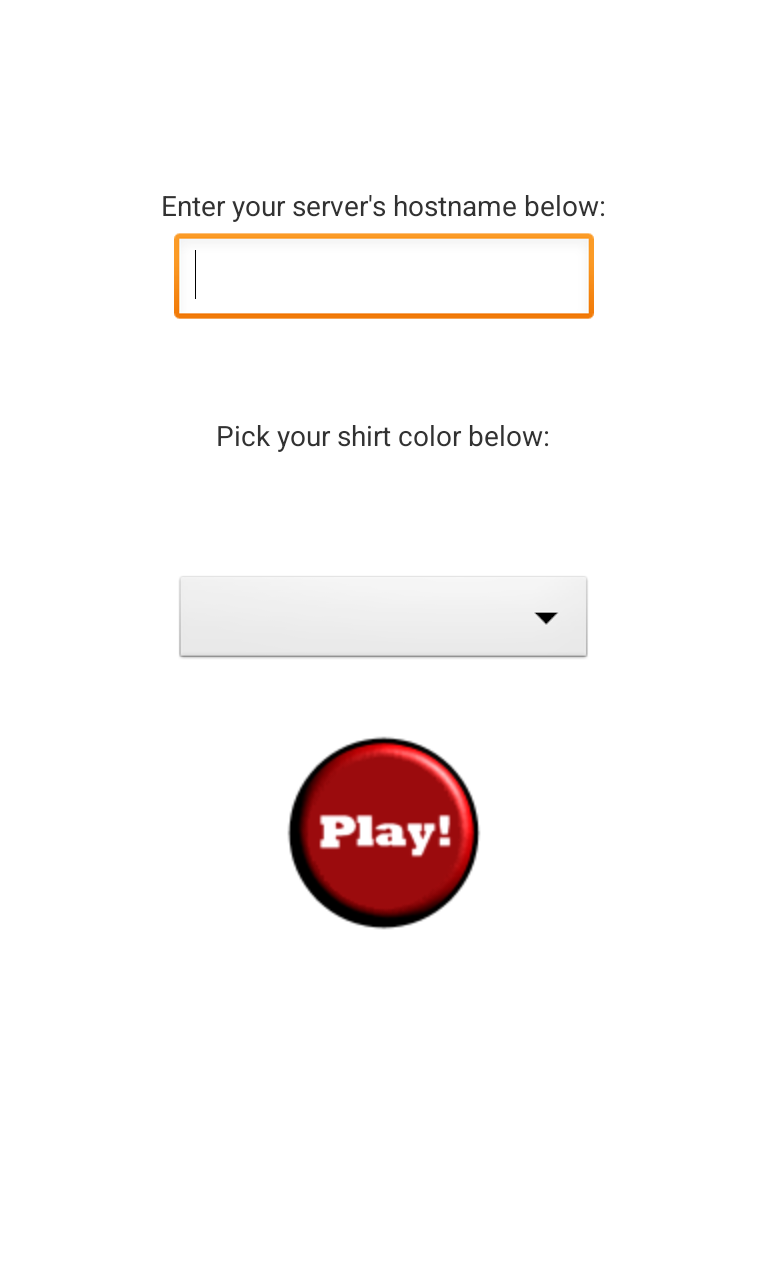
Repository: jesseanderson/GoatsWithoutHats
Layout: android/GoatsWithoutHats/res/layout/activity_new_game.xml
An editor plug-in stored every save of this project. The layout is shown before and after the next save, followed by the edit.
It is drawn on a 768 x 1280 px phone screen (xhdpi) without system bars, with theme android:Theme.Light.NoTitleBar.Fullscreen; the app's code is not run.

Above is the layout before, as saved 2014-09-13 07:10:25.

After the next save:
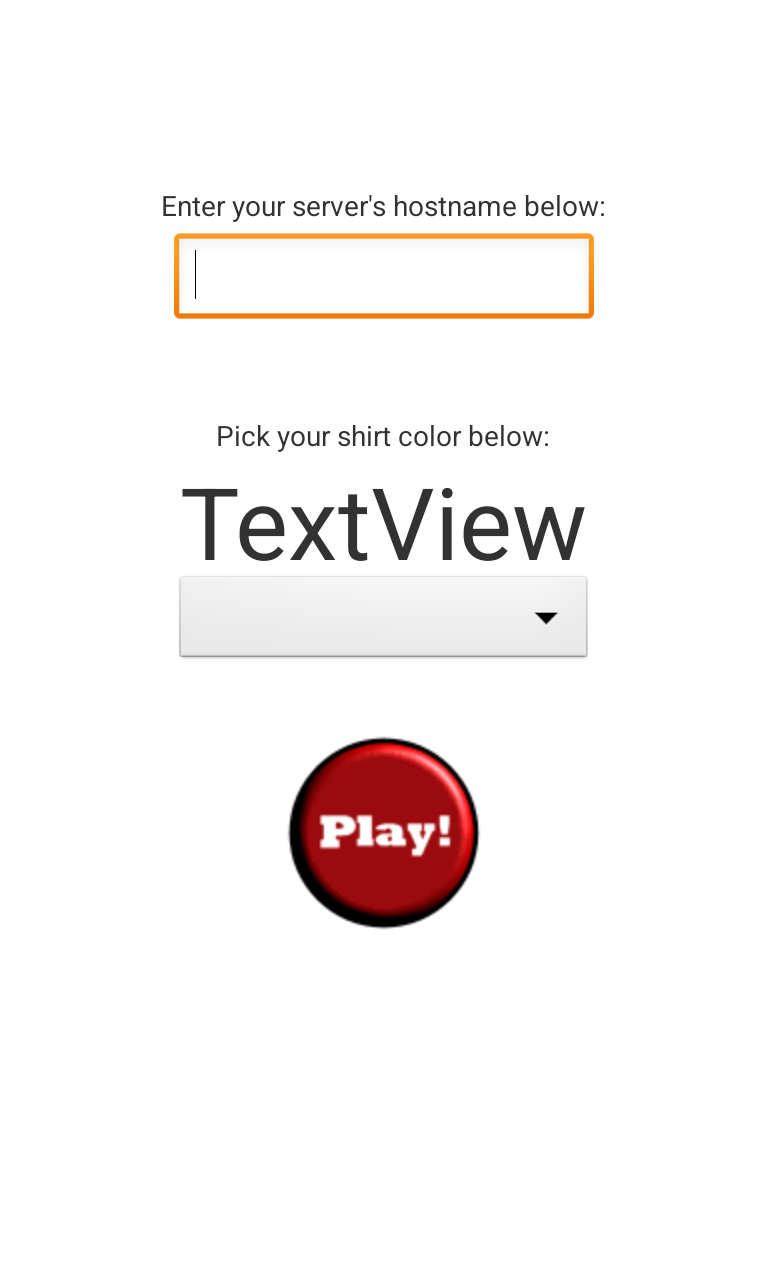
Saved 23 min 40 s later.
--- a/android/GoatsWithoutHats/res/layout/activity_new_game.xml
+++ b/android/GoatsWithoutHats/res/layout/activity_new_game.xml
@@ -70,4 +70,13 @@
         android:layout_marginTop="26dp"
         android:textColor="#FFFF0000" />
 
+    <TextView
+        android:id="@+id/textView1"
+        android:layout_width="wrap_content"
+        android:layout_height="wrap_content"
+        android:layout_below="@+id/colortextview"
+        android:layout_centerHorizontal="true"
+        android:text="TextView"
+        android:textSize="50sp" />
+
 </RelativeLayout>
--- a/android/GoatsWithoutHats/res/values/integers.xml
+++ b/android/GoatsWithoutHats/res/values/integers.xml
@@ -9,5 +9,6 @@
     <string name="connect_error">Connection failed</string>
     <string name="title_activity_game">GameActivity</string>
     <string name="hello_world">Hello world!</string>
+    <string name="find1">Find the Invisible Cow</string>
 
 </resources>
--- a/android/GoatsWithoutHats/res/values/strings.xml
+++ b/android/GoatsWithoutHats/res/values/strings.xml
@@ -9,5 +9,6 @@
     <string name="connect_error">Connection failed</string>
     <string name="title_activity_game">GameActivity</string>
     <string name="hello_world">Hello world!</string>
+    <string name="find1">Find the Invisible Cow</string>
 
 </resources>
